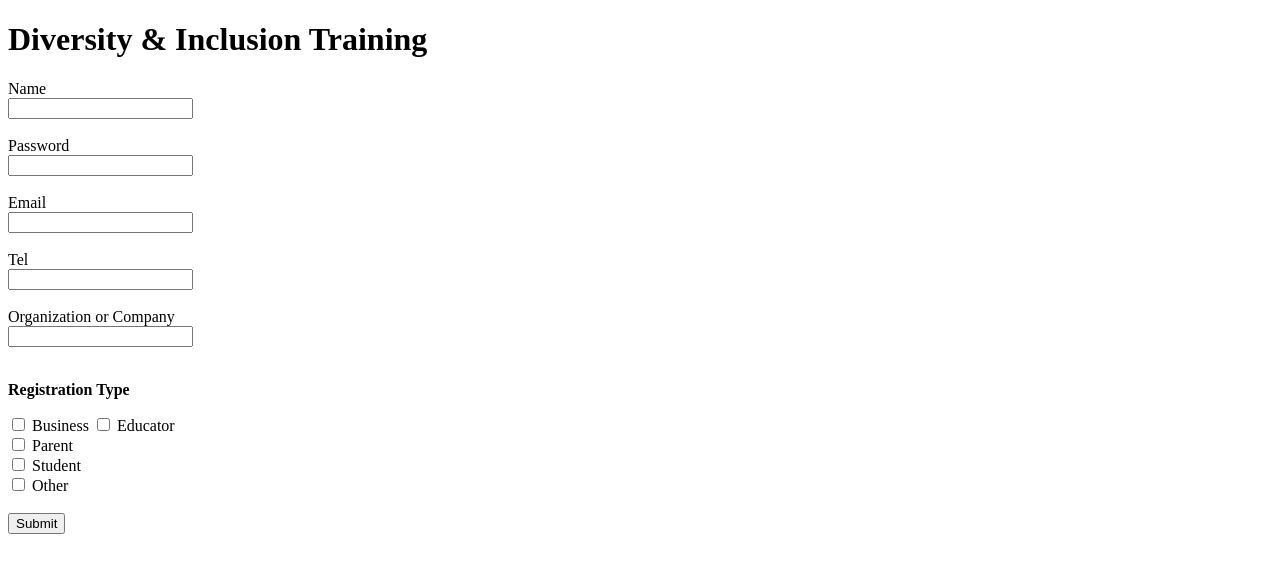
Repository: wafaa399/webDesigner-Tasks-wafaa-ahmed
Page: index.html
These files come from the project's save history. The page is drawn as it stood at one moment and after the next save; the edit follows.
The browser window is 1280 px wide. The pictures show the whole page.

Above is the page before, as saved 2026-07-13 22:42:56.

After the next save:
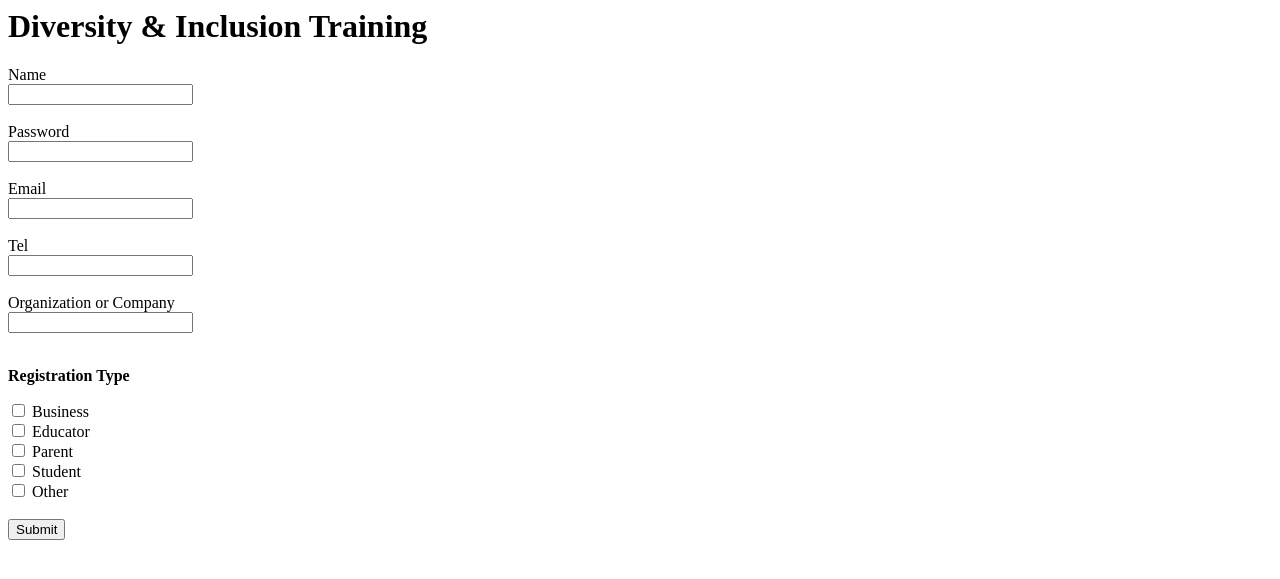
Saved 8 s later.
--- a/index.html
+++ b/index.html
@@ -1,4 +1,4 @@
-<!doctype html>
+<! html>
 <html lang="en">
   <head>
     <meta charset="UTF-8" />
@@ -42,7 +42,7 @@
         name="registration"
         value="Business"
       />
-      <label for="business">Business</label>
+      <label for="business">Business</label><br />
 
       <input
         type="checkbox"
